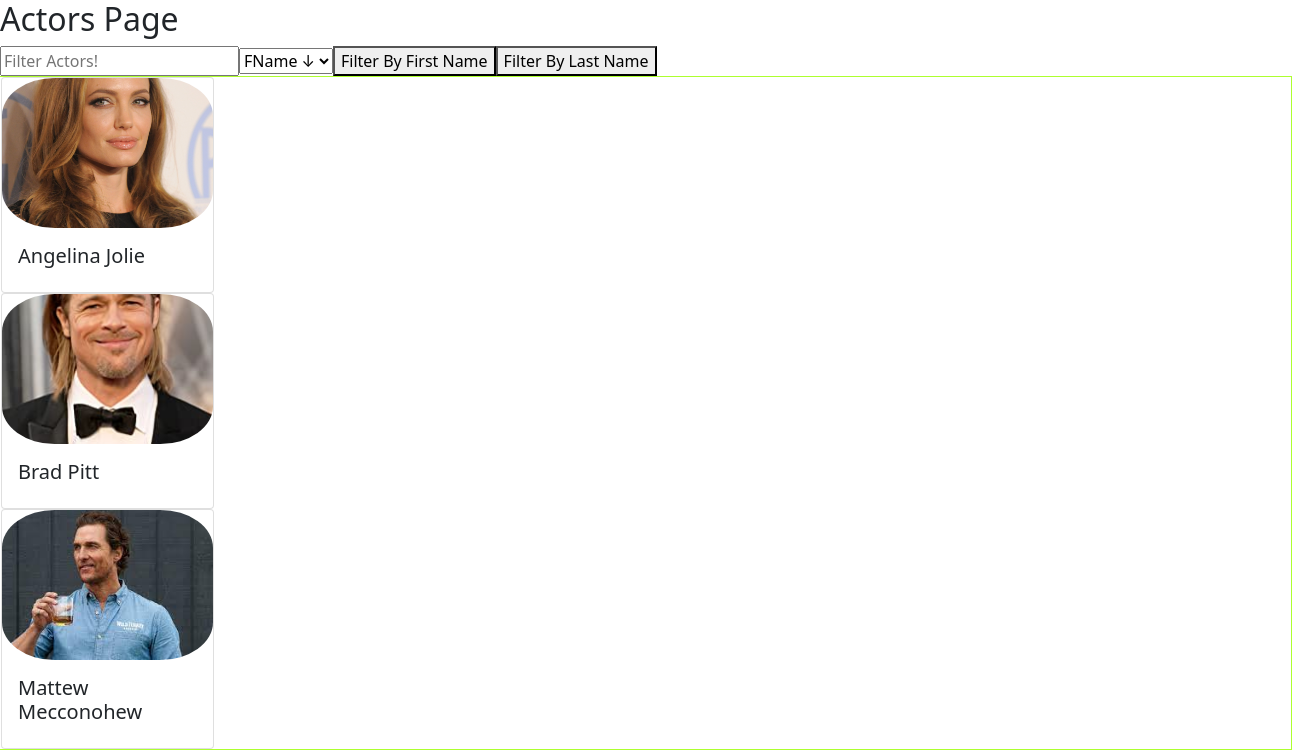
Repository: shuroo/FECourse-react-movieapp
Page: /
The author's editor kept a copy of each file at every save. The page is drawn from the files as they stood at one save, then again after the next save.
The browser window is 1280 px wide. The page is 1292 px wide, so the pictures cover 1292 px, including what lies to the right of the window. The pictures show the whole page.
The project was rebuilt for these pictures with package versions that can differ from the ones it lists, and the page was loaded fresh each time. Also part of the build but not shown: src/App.css.

Above is the page before, as saved 2021-07-25 01:17:36.

### src/App.js
import logo from './logo.svg';
import './App.css';
import React, { useState } from 'react';
import Actor from './pages/Actor';
import 'bootstrap/dist/css/bootstrap.min.css';
import ActorsPage from './pages/ActorsPage';

function App() {
    return <ActorsPage / >
};

export default App;

### src/pages/ActorsPage.jsx
import React, { useState } from 'react';
import ActorModel from '../model/ActorModel';
import CardComponent from "../components/CardComponent";
import SortComponent from "../components/SortComponent";
import ImgGallery from "../components/ImgGallery";

function ActorsPage() {

    const allActors = [ new ActorModel("Angelina", "Jolie", new Date("04/06/1975"), "./angeline.jpg", "https://www.imdb.com/name/nm0001401/"),
    new ActorModel("Brad", "Pitt", new Date("04/06/1975"), "./brad_pitt.jpg", "https://www.imdb.com/name/nm0000093/"),
    new ActorModel("Mattew", "Mecconohew", new Date("04/06/1975"), "./mattehew_mecc.jpeg","https://www.imdb.com/name/nm0000190/")];

    const [actors, setActors] = useState(
        allActors
        //new ActorModel("Brad", "Pitt", new Date("04/06/1975"), "./brad_pitt.jpg", "https://www.imdb.com/name/nm0000093/"),
     )

     let actorsHtml = actors.map(act=><CardComponent key={act.firstName+"1"} actor={act}/>)

    // firstName, lastName, birthday, image, imdbLink

    const [filterText, setFilterText] = useState("")
    const [sortCriteria, setSortCriteria] = useState("")

    function filterTextByEvent(e){
        let text = e.target.value;
        setFilterText(text);
        if(text === ""){
            setActors(allActors);
        }
    }
    function filterByFirstName(){
        let actorsFiltered = [...actors].filter(a=>a.firstName.startsWith(filterText));
        setActors(actorsFiltered);
    }

    function filterByLastName(){
         setActors(actors.filter(a=>a.lastName.startsWith(filterText)));
    }



    return (
        <div >
            <h2>Actors Page</h2>
            <div className="content">
            <input type="text" value={filterText} onChange={(e)=>filterTextByEvent(e)}   placeholder="Filter Actors!"></input>
            <SortComponent actors={actors} sortCriteria={sortCriteria} setActors={setActors} />
            <button onClick={filterByFirstName}>Filter By First Name</button>
            <button onClick={filterByLastName}>Filter By Last Name</button>
            <div className="row"><ImgGallery actorsHtml={actorsHtml}/></div>
            </div>

        </div>
    );
}

export default ActorsPage;

### src/model/ActorModel.jsx
class ActorModel{

    constructor(firstName, lastName, birthday, image, imdbLink){

        this.firstName = firstName;
        this.lastName = lastName;
        this.birthday = birthday;
        this.image = image;
        this.imdbLink = imdbLink;
        this.age = this.age.bind(this);
    }

    age(){
        var thisyear = new Date().getFullYear();
        var birthyear = this.birthday.getFullYear();
        return (thisyear - birthyear);
    }
}

export default ActorModel;

### src/components/CardComponent.jsx
import React from "react";
import './CardComponent.css';

function CardComponent({actor}) {

	return (

<div className=" card col col-md-2 col-lg-2 col-sm-2" onClick={(e)=>(window.open(actor.imdbLink, '_blank'))}>
  <img className="actorImg card-img-top" src={actor.image} alt={actor.firstName+" "+actor.lastName}/>
  <div className="card-body">
    <h5 className="card-title">{actor.firstName} {actor.lastName}</h5>
    <p className="card-text">{actor.age}
  </p></div>
  </div>
	)
}

export default CardComponent;

### src/components/SortComponent.jsx
import React from "react";

function SortComponent({sortCriteria, actors, setActors,setSortCriteria}){

    function sortBy(e){

        alert();
        var criteria = e.target[e.target.selectedIndex].value;
        if(criteria === "firstName"){
            actors.sort(function(a,b){return a.firstName > b.firstName})
        }else{
            actors.sort(function(a,b){return a.lastName > b.lastName})
        }

        setActors(actors);
        setSortCriteria(criteria);
    }

    return(

<select name="sortBy" value={sortCriteria} onSelect={sortBy}  >
  <option value="firstName">FName &#8595;</option>
  <option value="lastName">LName &#8593;</option>
</select>

)}

export default SortComponent;

### src/components/ImgGallery.jsx
import React from "react";
import './CardComponent.css';

function ImgGallery({actorsHtml}){


return(
<div className="gallery">{actorsHtml}</div>

)

}

export default ImgGallery;

### src/components/CardComponent.css
.actorImg {
    border-radius: 25%;
    object-fit: cover;
    height: 150px;
}

.col {
    display: flex;
    justify-content: space-around;
    align-items: flex-start;
    flex-basis: 20%;
}

.card {
    display: flex;
}

.gallery {
    display: flex;
    flex-direction: column;
    border: 1px solid greenyellow;
    align-items: flex-start;
}

Loaded but not shown: public/index.html (common file); src/index.js (common file); src/index.css (common file); src/reportWebVitals.js (common file); src/pages/Actor.jsx (no stored copy; drawn as an empty file)

After the next save:
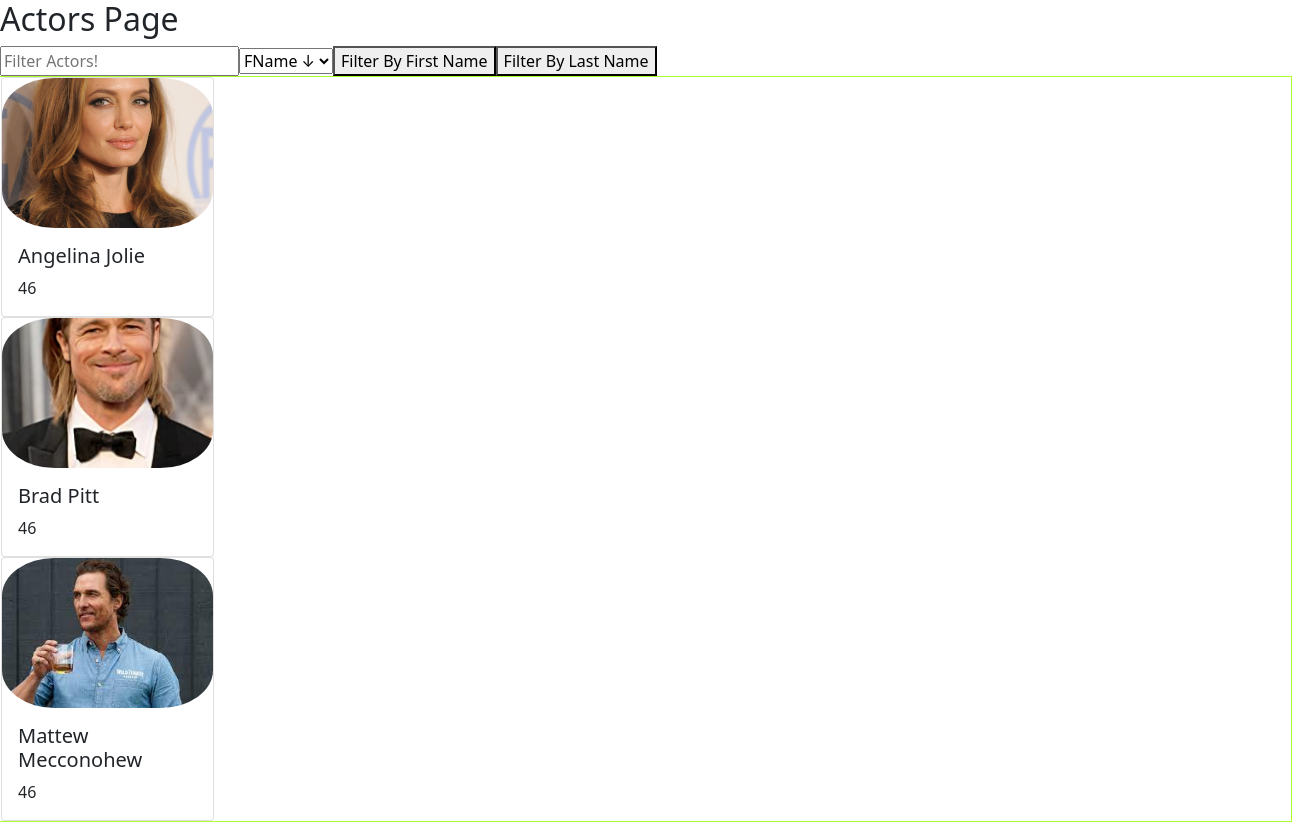
Saved 9 min 31 s later.
--- a/src/components/CardComponent.jsx
+++ b/src/components/CardComponent.jsx
@@ -9,7 +9,7 @@ function CardComponent({actor}) {
   <img className="actorImg card-img-top" src={actor.image} alt={actor.firstName+" "+actor.lastName}/>
   <div className="card-body">
     <h5 className="card-title">{actor.firstName} {actor.lastName}</h5>
-    <p className="card-text">{actor.age}
+    <p className="card-text">{actor.age()}
   </p></div>
   </div>
 	)
